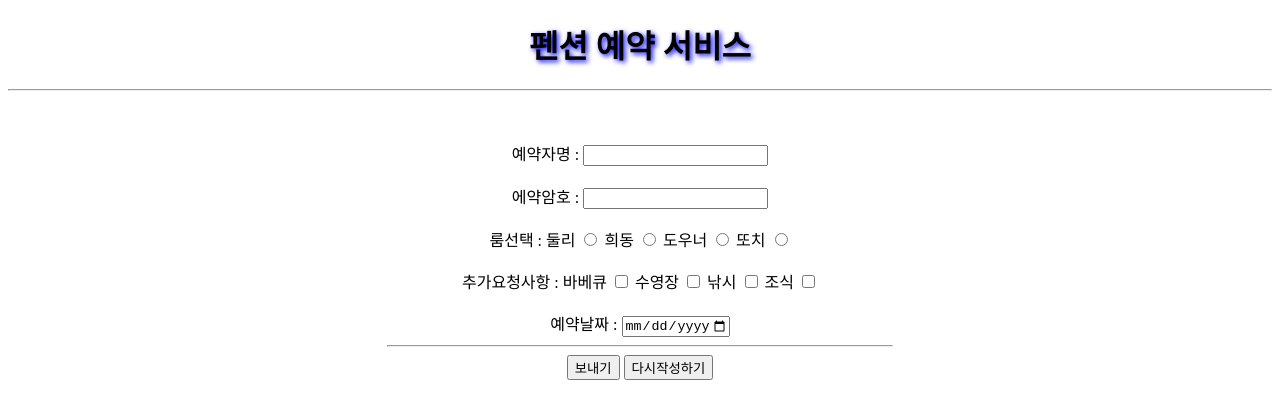
Repository: jhsnex123/web_study
Page: edu/src/main/webapp/cssexam/csslab3.html
An editor plug-in stored every save of this project. The page is shown before and after the next save, followed by the edit.
The browser window is 1280 px wide. The pictures show the whole page.

Above is the page before, as saved 2024-09-19 02:39:58.

### edu/src/main/webapp/cssexam/csslab3.html
<!DOCTYPE html>
<html>
<head>
<meta charset="UTF-8">
<title>Insert title here</title>
<style>
@font-face {
    font-family: 'establishRoomNo703OTF';
    src: url('https://fastly.jsdelivr.net/gh/projectnoonnu/noonfonts_2112@1.0/establishRoomNo703OTF.woff') format('woff');
    font-weight: normal;
    font-style: normal;
}
h1{
text-align : center;
text-shadow : 2px 2px 5px blue;
}

div{
		width : 40%;
		height : 10px;
		margin : 20px auto;
		padding-top : 30px;
		padding-bottom : 50px;
		text-align : center;
		margin-right: auto;
	    margin-left: auto;


}


</style>
</head>
<body>
<h1>펜션 예약 서비스</h1>
<hr>
<div>
<form action="html실습내용리뷰3url" method="get">
예약자명 : <input type="text" name="stname" required><br>
<br>
에약암호 : <input type="password" name="stpwd" required><br>
<br>
룸선택 :
둘리 <input type="radio"  name="gender" value="male">
희동 <input type="radio"  name="gender" value="female">
도우너 <input type="radio"  name="gender" value="male">
또치 <input type="radio"  name="gender" value="male"><br>
<br>
추가요청사항 :
바베큐 <input type="checkbox"  name="stbbq" value="f1">
수영장 <input type="checkbox"  name="stpool" value="f2">
낚시 <input type="checkbox"  name="stfishing" value="f3">
조식 <input type="checkbox"  name="stbreakfast" value="f4"><br>
<br>
예약날짜 :
<input id=date_of_reservation name=date_of_reservation type=date min="년-09-13" max="2024-12-31">
<hr>
<input type="submit" value="보내기">
<input type="reset" value="다시작성하기">
</form>
</div>
</body>
</html>

After the next save:
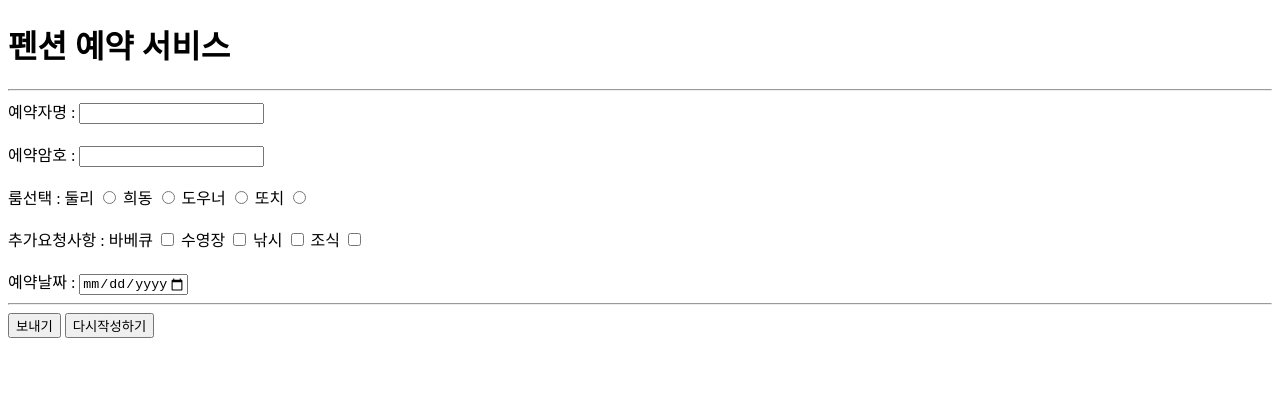
Saved 92 s later.
--- a/edu/src/main/webapp/cssexam/csslab3.html
+++ b/edu/src/main/webapp/cssexam/csslab3.html
@@ -9,7 +9,7 @@
     src: url('https://fastly.jsdelivr.net/gh/projectnoonnu/noonfonts_2112@1.0/establishRoomNo703OTF.woff') format('woff');
     font-weight: normal;
     font-style: normal;
-}
+
 h1{
 text-align : center;
 text-shadow : 2px 2px 5px blue;
@@ -27,7 +27,7 @@
 
 
 }
-
+}
 
 </style>
 </head>

After the 2 saves that followed:
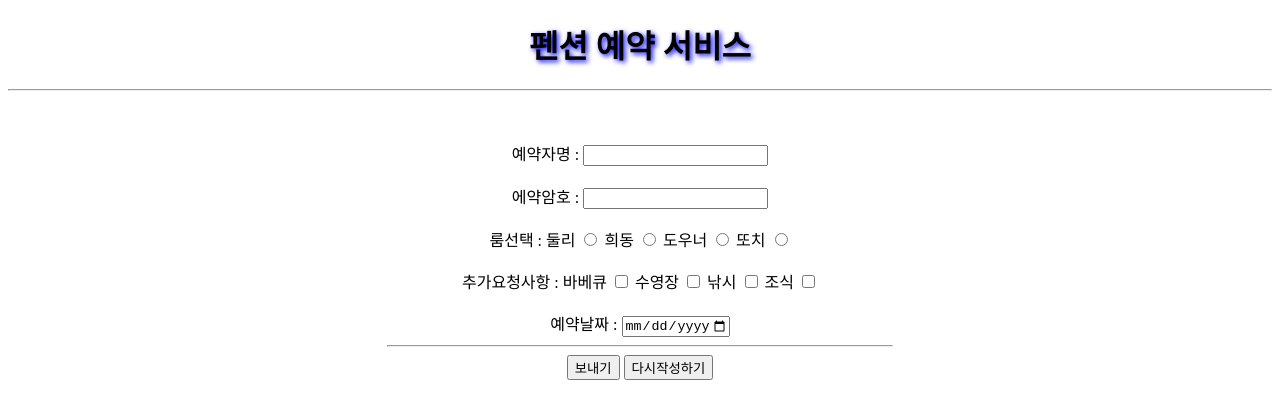
The 2 saves are shown as one change because they came seconds apart.
The last was saved 21 s later.
--- a/edu/src/main/webapp/cssexam/csslab3.html
+++ b/edu/src/main/webapp/cssexam/csslab3.html
@@ -9,7 +9,7 @@
     src: url('https://fastly.jsdelivr.net/gh/projectnoonnu/noonfonts_2112@1.0/establishRoomNo703OTF.woff') format('woff');
     font-weight: normal;
     font-style: normal;
-
+}
 h1{
 text-align : center;
 text-shadow : 2px 2px 5px blue;
@@ -27,7 +27,7 @@
 
 
 }
-}
+
 
 </style>
 </head>
